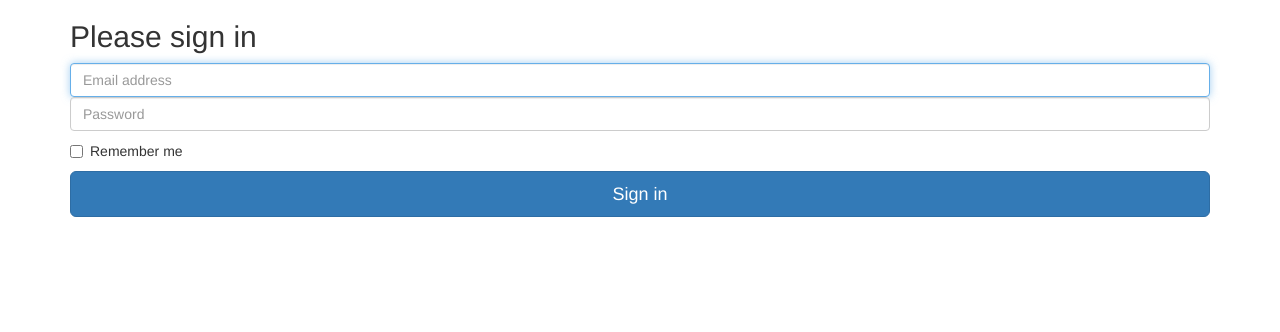
Repository: JasonBour/Beautypedia
Page: http://localhost/signin.php
These files come from the project's save history. The page is drawn as it stood at one moment and after the next save; the edit follows.
The browser window is 1280 px wide. The pictures show the whole page.
The page is run by PHP 8.4 with error messages shown; the project is at /var/www/html/.

Above is the page before, as saved 2015-09-13 13:40:16.

After the next save:
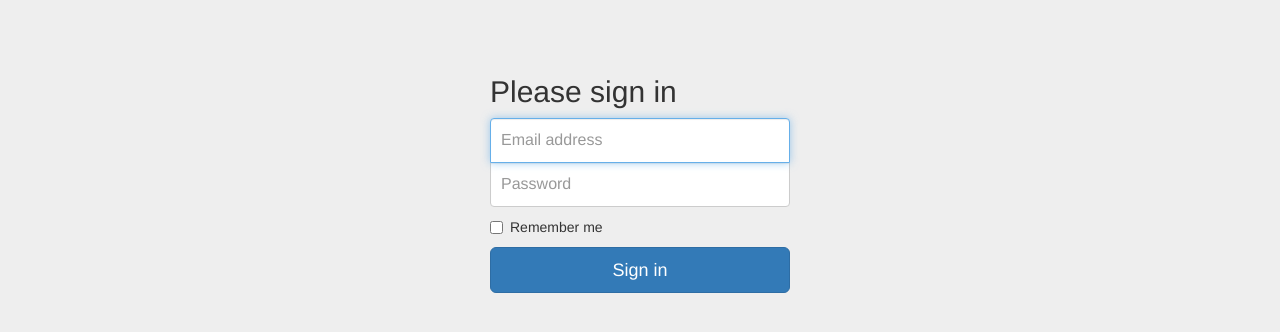
Saved 2 min 1 s later.
--- a/Beautypedia/signin.php
+++ b/Beautypedia/signin.php
@@ -3,7 +3,9 @@
 
 <html>
 <head>
+<meta charset="utf-8">
 <link rel="stylesheet" type="text/css" href="./css/bootstrap.min.css">
+<link rel="stylesheet" type="text/css" href="./css/signin.css">
 
 </head>
 <body>
